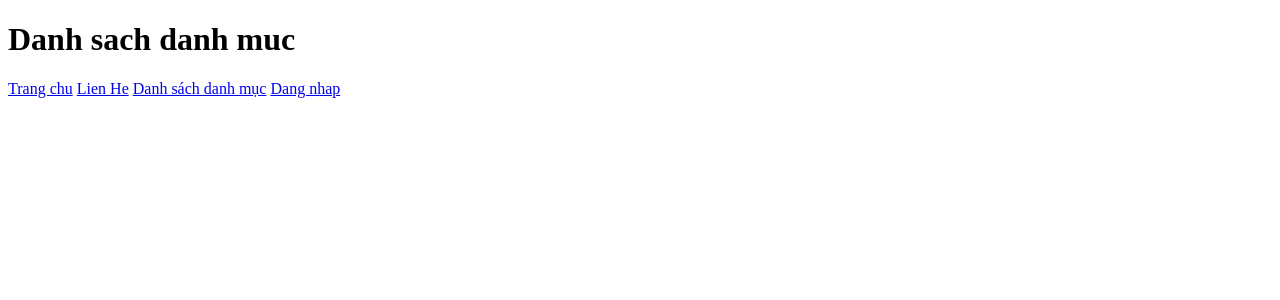
Repository: iamwind-dev/PHP
Page: http://localhost/tuan3/danhsachsanpham.php
The author's editor kept a copy of each file at every save. The page is drawn from the files as they stood at one save, then again after the next save.
The browser window is 1280 px wide. The pictures show the whole page.
The page is run by PHP 8.4 with error messages shown; the project is at /var/www/html/. Queries for data that is not in the repository find no rows.

Above is the page before, as saved 2023-09-22 15:51:42.

After the next save:
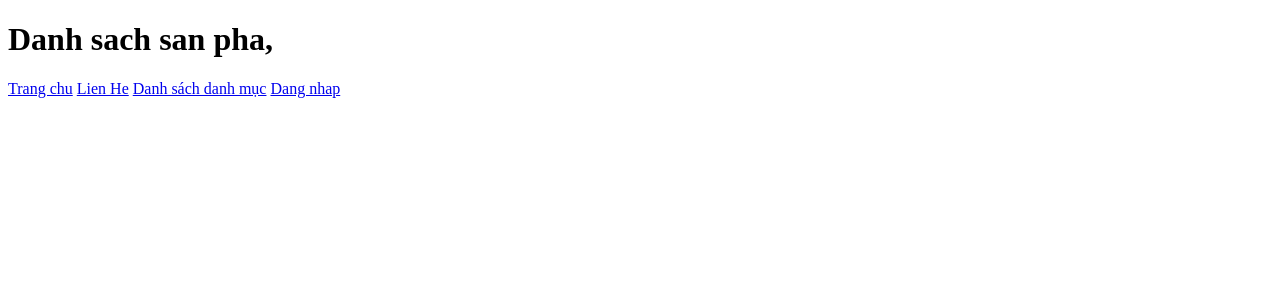
Saved 6 s later.
--- a/tuan3/danhsachsanpham.php
+++ b/tuan3/danhsachsanpham.php
@@ -8,7 +8,7 @@
 </head>
 
 <body>
-    <h1>Danh sach danh muc</h1>
+    <h1>Danh sach san pha,</h1>
     <?php
     include("header.php");
     echo '<br>';
